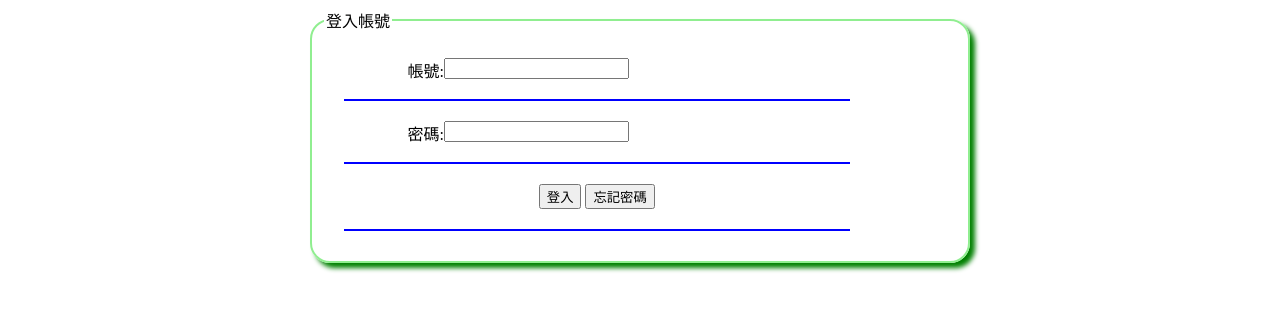
Repository: cctytw2000/Hibernate_HW
Page: http://localhost/EEIT109_35/member/LoginMember.jsp
The author's editor kept a copy of each file at every save. The page is drawn from the files as they stood at one save, then again after the next save.
The browser window is 1280 px wide. The pictures show the whole page.
The page is served by Tomcat 9. Nobody is signed in. The application's start-up code is not run. Other server files are loaded and not shown.

Above is the page before, as saved 2019-09-26 06:57:02.

### Member/EEIT109_35/src/main/webapp/member/LoginMember.jsp
<%@ page language="java" contentType="text/html; charset=UTF-8"
	pageEncoding="UTF-8"%>

<!DOCTYPE html>
<html>
<head>
<meta charset="UTF-8">
<title>Login Member</title>
<style>
.div1 {
	border-bottom: 2px solid blue;
	padding-bottom: 20px;
	margin: 20px;
	width: 450px;
	width: 80%
}
.label1 {
	width: 100px;
	float: left;
	text-align: right
}
fieldset {
	width: 50%;
	height: 70%;
	border: 2px solid lightgreen;
	border-radius: 20px;
	margin: auto auto;
	padding: auto auto;
	box-shadow: 5px 5px 5px green;
}
input:focus {
	background-color: #cccccc
}
</style>
</head>
<body>
	<form action="../LoginMember.do" method="post">

		<fieldset>
			<legend>登入帳號</legend>
			<div class="div1">
				<label class='label1'>帳號:</label><input type="text" id="account"
					name="account">${ErrorMsgKey.AccountEmptyError}
			</div>
			<div class="div1">
				<label class='label1'>密碼:</label><input type="password"
					id="password" name="password">${ErrorMsgKey.PasswordEmptyError}

			</div>
			<div class="div1" style="text-align: center">
				<input name="login" type="submit" value="登入"> <input
					name="fergetpwd" type="submit" value="忘記密碼">
			</div>

		</fieldset>
	</form>
</body>
</html>

After the next save:
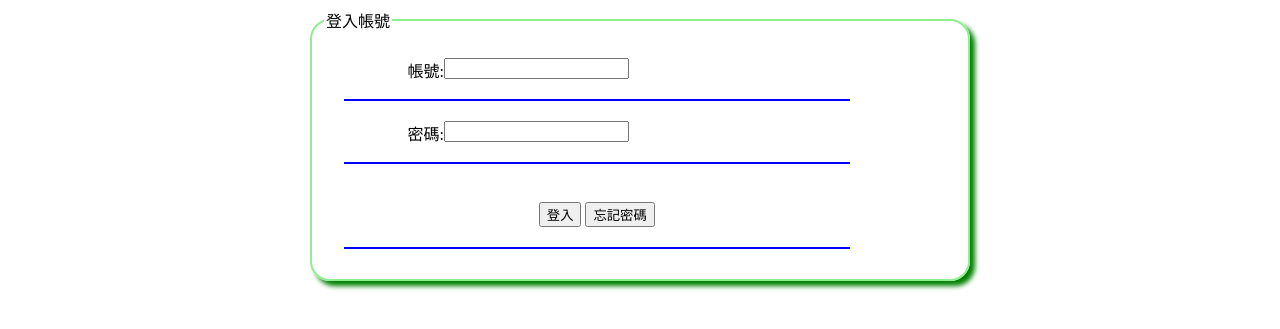
Saved 51 s later.
--- a/Member/EEIT109_35/src/main/webapp/member/LoginMember.jsp
+++ b/Member/EEIT109_35/src/main/webapp/member/LoginMember.jsp
@@ -40,14 +40,16 @@
 			<legend>登入帳號</legend>
 			<div class="div1">
 				<label class='label1'>帳號:</label><input type="text" id="account"
-					name="account">${ErrorMsgKey.AccountEmptyError}
+					name="account">
 			</div>
 			<div class="div1">
 				<label class='label1'>密碼:</label><input type="password"
-					id="password" name="password">${ErrorMsgKey.PasswordEmptyError}
+					id="password" name="password">
 
 			</div>
 			<div class="div1" style="text-align: center">
+			${ErrorMsgKey.AccountEmptyError}<br>
+			${ErrorMsgKey.PasswordEmptyError}
 				<input name="login" type="submit" value="登入"> <input
 					name="fergetpwd" type="submit" value="忘記密碼">
 			</div>

After the save that followed:
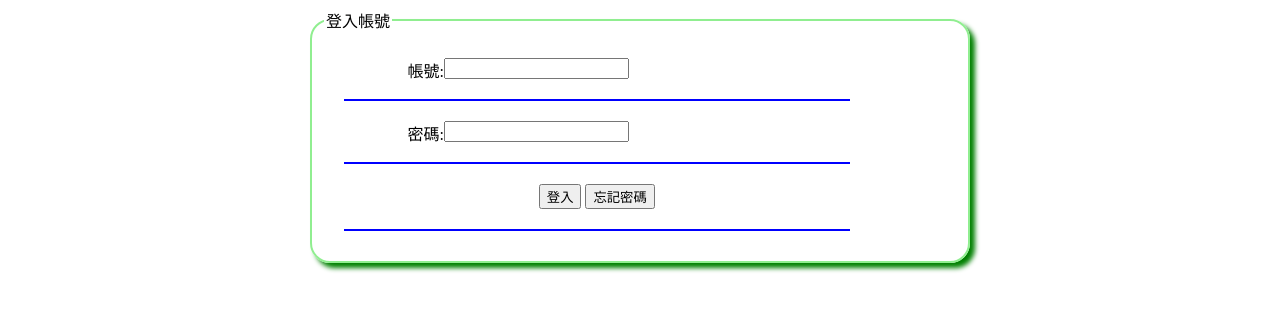
Saved 34 s later.
--- a/Member/EEIT109_35/src/main/webapp/member/LoginMember.jsp
+++ b/Member/EEIT109_35/src/main/webapp/member/LoginMember.jsp
@@ -48,8 +48,10 @@
 
 			</div>
 			<div class="div1" style="text-align: center">
-			${ErrorMsgKey.AccountEmptyError}<br>
-			${ErrorMsgKey.PasswordEmptyError}
+			<h2>${ErrorMsgKey.AccountEmptyError}</h2>
+
+			<h2>${ErrorMsgKey.PasswordEmptyError}</h2>
+
 				<input name="login" type="submit" value="登入"> <input
 					name="fergetpwd" type="submit" value="忘記密碼">
 			</div>
